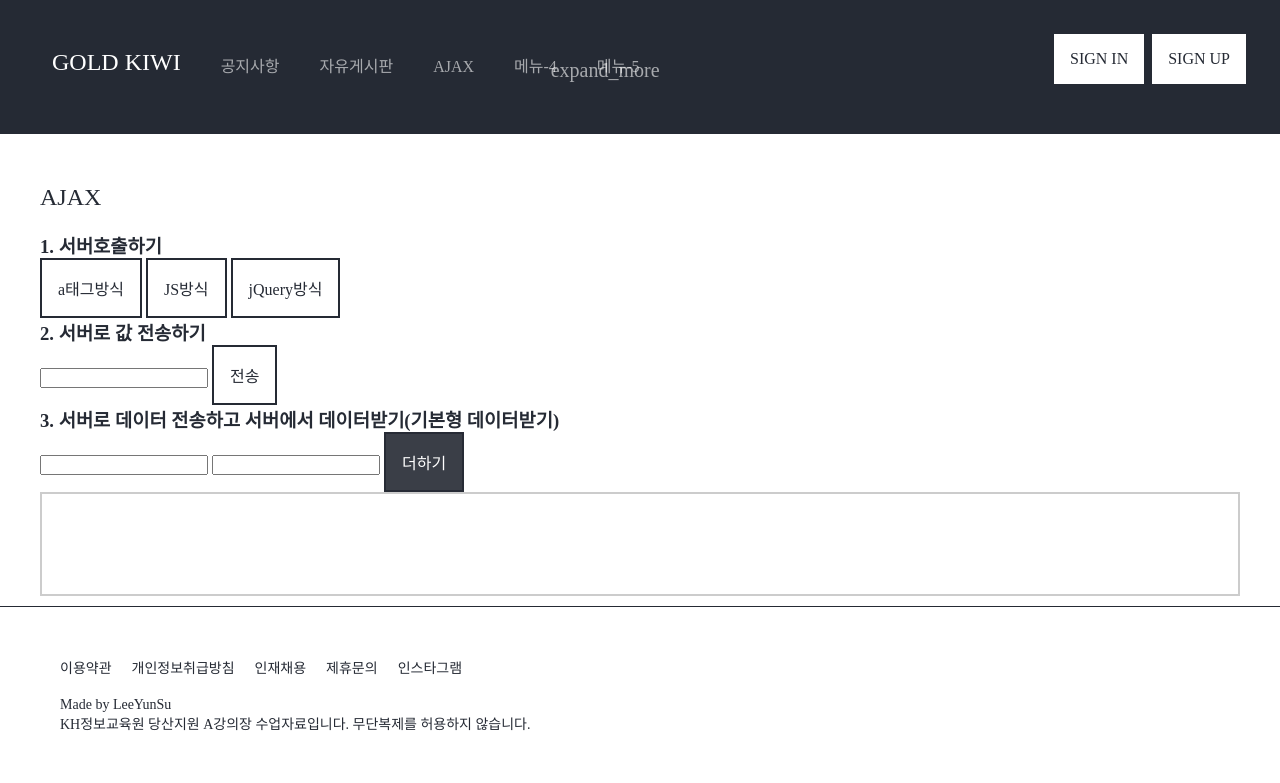
Repository: RiboKim/web-workspace
Page: http://localhost/07_mvc2WebProject/ajax.do
The author's editor kept a copy of each file at every save. The page is drawn from the files as they stood at one save, then again after the next save.
The browser window is 1280 px wide. The pictures show the whole page.
Some web fonts or font styles are not loaded; a fallback is used. The page is served by Tomcat 9. Other server files are loaded and not shown.

Above is the page before, as saved 2023-02-21 02:14:38.

### 07_mvc2WebProject/src/main/webapp/WEB-INF/views/etc/ajax.jsp
<%@ page language="java" contentType="text/html; charset=UTF-8"
    pageEncoding="UTF-8"%>
<!DOCTYPE html>
<html>
<head>
<meta charset="UTF-8">
<title>Insert title here</title>
<style>
	.ajaxResult{
		min-height: 100px;
		border : 2px solid #ccc;
	}
</style>
</head>
<body>
	<%@include file="/WEB-INF/views/common/header.jsp" %>
	<div class="page-content">
		<div class="page-title">AJAX</div>
		<h3>1. 서버호출하기</h3>
		<a class="btn bc11" href="/ajaxTest1.do">a태그방식</a>
		<button class="btn bc11" id="js">JS방식</button>
		<button class="btn bc11" id="jQ1">jQuery방식</button>

		<h3>2. 서버로 값 전송하기</h3>
		<input type="text">
		<button class="btn bc11" id="jQ2">전송</button>

		<h3>3. 서버로 데이터 전송하고 서버에서 데이터받기(기본형 데이터받기)</h3>
		<input type="text" id="su1">
		<input type="text" id="su2">
		<button class="btn bc1" id="jQ3">더하기</button>
		<p class="ajaxResult" id="result3"></p>
	</div>
	<script>
		$("#js").on("click",function(){
			//javascript로 ajax를 이용한 서버호출방식
			//1.XMLHttpRequest객체 생성
			const xhttp = new XMLHttpRequest();
			//2.요청 정보 설정
			//method, url, 비동기여부
			xhttp.open("GET","/ajaxTest1.do",true);
			//3.서버 요청 처리에 따른 동작함수 지정
			xhttp.onreadystatechange = function(){
				if(this.readyState == 4 && this.status == 200){
					//요청이 모두 끝나고 && 정상적인 응답이 돌아온 경우
					console.log("서버 요청 성공!!");
				}else if(this.readyState == 4 && this.status == 404){
					//요청이 모두 끝나고 && 해당 페이지를 찾을 수 없는 경우
					console.log("주소를 찾을 수 없습니다.");
				}
			}
			//4.서버에 요청
			xhttp.send();
		});

		$("#jQ1").on("click",function(){
			$.ajax({
				url : "/ajaxTest1.do",
				type : "GET",
				success : function(){
					console.log("서버 호출 완료!!!!");
				},
				error : function(){
					console.log("에러발생");
				},
				complete : function(){
					console.log("무조건 호출");
				}
			});
		});

		$("#jQ2").on("click",function(){
			const input = $(this).prev();
			const inputValue = input.val();
			$.ajax({
				url : "/ajaxTest2.do",
				type : "get",
				data : {input1 : inputValue}, //input1이 key값이라고 생각하면 됨, 여러개 보내는것도 가능
				success : function(){
					console.log("서버로 데이터 전송 완료");
				},
				error : function(){
					console.log("에러발생");
				}
			});
		});
		$("#jQ3").on("click",function(){
			//input에 입력된 값 2개 가져다가
			// /ajaxTest3.do에 전송후 출력
			const su1 = $("#su1").val();
			const su2 = $(this).prev().val();
			$.ajax({
				url : "ajaxTest3.do",
				type : "post",
				data : {num1 : su1, num2 : su2},
				success : function(data){
					console.log(data);
					$("#result3").text(su1+"+"+su2+"="+data);
					console.log("서버요청성공");

				},
				error : function(){
					console.log("서버요청 실패")
				}
			})
		})
	</script>
	<%@include file="/WEB-INF/views/common/footer.jsp" %>
</body>
</html>

### 07_mvc2WebProject/src/main/webapp/WEB-INF/views/common/header.jsp
<%@page import="kr.or.iei.member.model.vo.Member"%>
<%@ page language="java" contentType="text/html; charset=UTF-8"
    pageEncoding="UTF-8"%>
    <%
    	Member m = (Member)session.getAttribute("m");
    %>

	<!-- 구글 아이콘 -->
    <link href="https://fonts.googleapis.com/icon?family=Material+Icons" rel="stylesheet">
    <!-- jquery -->
    <script src="/js/jquery-3.6.0.js"></script>
    <!-- 기본 CSS -->
    <link rel="stylesheet" href="/css/default.css" />
    <!-- 기본 js -->
    <script src="/js/default.js"></script>

    <header>
      <div class="site-logo">
        <a href="/">GOLD KIWI</a>
      </div>
      <nav>
        <ul class="navi">
          <li><a href="/noticeList.do?requestPage=1">공지사항</a></li>
          <li><a href="/boardList.do">자유게시판</a></li>
          <li><a href="/ajax.do">AJAX</a></li>
          <li><a href="#">메뉴-4</a></li>
          <li>
			<a href="#">메뉴-5</a>
            <ul class="sub-navi">
              <li><a href="#">sub-1</a></li>
              <li><a href="#">sub-2</a></li>
              <li><a href="#">sub-3</a></li>
            </ul>
           </li>
        </ul>
      </nav>
      <div class="header-link">
      <%if(m == null){ %>
        <button class="btn bc11 modal-open-btn" target="#login-modal">SIGN IN</button>
        <a class="btn bc11" href="/signupFrm.do">SIGN UP</a>
      <%}else{ %>
      <%--<a class="btn bc11" href="/mypage1.do"><%=m.getMemberName() %></a> --%>
      <%--memberId를 mypage2.do로 넘겨주는거 --%>
      <a class="btn bc11" href="/mypage2.do?memberId=<%=m.getMemberId() %>"><%=m.getMemberName() %></a>

      <a class="btn bc11" href="/logout.do">LOGOUT</a>
      <%} %>
      </div>
    </header>
    <%if(m == null) {%>
    <div id="login-modal" class="modal-bg">
      <div class="modal-wrap">
        <div class="modal-head">
          <h2>SIGN IN</h2>
          <span class="material-icons close-icon modal-close">close</span>
        </div>
        <form action="/signin.do" method="post">
        <div class="modal-content">
          <div class="input-box">
          	<label for="signId">아이디</label>
          	<input type="text" name="signId" id="signId" class="input-form" placeholder="아이디입력">
          </div>
          <div class="input-box">
          	<label for="signPw">비밀번호</label>
          	<input type="password" name="signPw" id="signPw" class="input-form" placeholder="비밀번호입력">
          </div>
          <div class="input-box link-box">
          	<a href="#">아이디/비밀번호 찾기</a>
          </div>
        </div>
        <div class="modal-foot">
          <button type="submit" class="btn bc11">로그인</button>
          <button type="button" class="btn bc1 modal-close">취소</button>
        </div>
        </form>
      </div>
    </div>
    <%}%>

### 07_mvc2WebProject/src/main/webapp/WEB-INF/views/common/footer.jsp
<%@ page language="java" contentType="text/html; charset=UTF-8"
    pageEncoding="UTF-8"%>
	<footer>
      <div class="footer-content">
        <ul>
          <li><a href="#">이용약관</a></li>
          <li><a href="#">개인정보취급방침</a></li>
          <li><a href="#">인재채용</a></li>
          <li><a href="#">제휴문의</a></li>
          <li><a href="#">인스타그램</a></li>
        </ul>
        <p>Made by LeeYunSu</p>
        <p>
          KH정보교육원 당산지원 A강의장 수업자료입니다. 무단복제를 허용하지
          않습니다.
        </p>
      </div>
    </footer>

### 07_mvc2WebProject/src/main/java/kr/or/iei/ajax/controller/AjaxServlet.java
package kr.or.iei.ajax.controller;

import java.io.IOException;

import javax.servlet.RequestDispatcher;
import javax.servlet.ServletException;
import javax.servlet.annotation.WebServlet;
import javax.servlet.http.HttpServlet;
import javax.servlet.http.HttpServletRequest;
import javax.servlet.http.HttpServletResponse;

/**
 * Servlet implementation class AjaxServlet
 */
@WebServlet(name = "Ajax", urlPatterns = { "/ajax.do" })
public class AjaxServlet extends HttpServlet {
	private static final long serialVersionUID = 1L;

    /**
     * @see HttpServlet#HttpServlet()
     */
    public AjaxServlet() {
        super();
        // TODO Auto-generated constructor stub
    }

	/**
	 * @see HttpServlet#doGet(HttpServletRequest request, HttpServletResponse response)
	 */
	protected void doGet(HttpServletRequest request, HttpServletResponse response) throws ServletException, IOException {
		//1.인코딩
		request.setCharacterEncoding("utf-8");
		//2.값추출
		//3.비즈니스로직
		//4.결과처리
		RequestDispatcher view = request.getRequestDispatcher("/WEB-INF/views/etc/ajax.jsp");
		view.forward(request, response);
	}

	/**
	 * @see HttpServlet#doPost(HttpServletRequest request, HttpServletResponse response)
	 */
	protected void doPost(HttpServletRequest request, HttpServletResponse response) throws ServletException, IOException {
		// TODO Auto-generated method stub
		doGet(request, response);
	}

}

### 07_mvc2WebProject/src/main/webapp/css/default.css
/* 사용할 font 선언 */
@font-face {
  font-family: ns-thin;
  src: url(../font/NotoSansKR-Thin.otf);
}
@font-face {
  font-family: ns-light;
  src: url(../font/NotoSansKR-Light.otf);
}
@font-face {
  font-family: ns-m;
  src: url(../font/NotoSansKR-Medium.otf);
}
@font-face {
  font-family: ns-bold;
  src: url(../font/NotoSansKR-Bold.otf);
}
@font-face {
  font-family: ns-black;
  src: url(../font/NotoSansKR-Black.otf);
}
/*
    사이트 사용 색상
    balck : #252A34
    darkgray : #393E46
    lightgray : #EEEEEE
    dark-mint : #00ADB5
    mint : #08D9D6
    point-red : #FF2E63
    point-pink : #F85F73
    point-violet : #892CDC
*/
/* 전체태그 기본 margin, padding 제거 */
/* 기본 글씨 색 및 폰트 설정 */

* {
  margin: 0;
  padding: 0;
  color: #252a34;
  font-family: ns-m;
}
body {
  display: flex;
  flex-direction: column;
  min-height: 100vh;
}
/* 기본화면 레이아웃 */
a {
  text-decoration: none;
}
header {
  background-color: #252a34;
  padding: 32px;
  display: flex;
  min-width: 1200px;
}
header > *:not(.header-link) {
  float: left;
}
header > .site-logo {
  padding: 0px 20px;
}
header > .site-logo > a {
  color: #fff;
  font-family: ns-bold;
  font-size: 24px;
  line-height: 60px;
}
header > nav {
  flex-grow: 1;
}

header > nav > .navi {
  list-style-type: none;
}
header > nav > .navi > li {
  float: left;
  position: relative;
}
header > nav > .navi > li > a {
  display: block;
  color: rgba(255, 255, 255, 0.6);
  padding: 5px 20px;
  transition-duration: 0.5s;
  line-height: 60px;
}
header > nav > .navi > li:hover > a,
header > nav > .navi > li:hover > a + span {
  color: rgba(255, 255, 255, 1);
}
header > nav > .navi > li:hover > .sub-navi {
  display : block;
}
header > nav .sub-navi {
  position: absolute;
  background-color: #fff;
  list-style-type: none;
  display: none;
  border: 1px solid rgba(0, 0, 0, 0.2);
  left: 10px;
  min-width: 10rem;
}
header > nav .sub-navi > li {
  padding: 0.25rem 1rem;
}
header > nav .sub-navi > li > a {
  display: block;
}
header > nav .sub-navi > li:hover {
  background-color: rgba(0, 0, 0, 0.05);
}
.material-icons.dropdown {
  font-size: 20px;
  color: rgba(255, 255, 255, 0.6);
  position: absolute;
  right: 0px;
  top: 27px;
  transition-duration: 0.5s;
}
.material-icons.dropdown:hover {
  cursor: pointer;
}
.page-content {
  width: 1200px;
  margin: 30px auto;
  margin-bottom: 10px;
  flex-grow: 1;
}
.page-title {
  font-family: ns-bold;
  padding: 20px 0px;
  font-size: 1.5rem;
}
footer {
  padding: 50px;
  border-top: 1px solid #252a34;
}
footer > .footer-content {
  width: 1200px;
  margin: 0 auto;
  padding: 0px 10px;
}
footer > .footer-content * {
  font-size: 14px;
}
footer > .footer-content > ul {
  list-style-type: none;
  overflow: hidden;
  margin-bottom: 20px;
}
footer > .footer-content > ul > li {
  float: left;
}
footer > .footer-content > ul > li > a {
  padding-right: 20px;
}

/* font 클래스*/
.f-thin {
  font-family: ns-thin;
}
.f-light {
  font-family: ns-light;
}
.f-medium {
  font-family: ns-m;
}
.f-bold {
  font-family: ns-bold;
}
.f-black {
  font-family: ns-black;
}

/* 글씨 색 */
.fc-1 {
  color: #252a34;
}
.fc-2 {
  color: #393e46;
}
.fc-3 {
  color: #eeeeee;
}
.fc-4 {
  color: #00adb5;
}
.fc-5 {
  color: #08d9d6;
}
.fc-6 {
  color: #ff2e63;
}
.fc-7 {
  color: #f85f73;
}
.fc-8 {
  color: #892cdc;
}

/* 배경 색*/
.bg-1 {
  background-color: #252a34;
}
.bg-2 {
  background-color: #393e46;
}
.bg-3 {
  background-color: #eeeeee;
}
.bg-4 {
  background-color: #00adb5;
}
.bg-5 {
  background-color: #08d9d6;
}
.bg-6 {
  background-color: #ff2e63;
}
.bg-7 {
  background-color: #f85f73;
}
.bg-8 {
  background-color: #892cdc;
}

/* 테이블 디자인 */
.tbl {
  width: 100%;
  border-spacing: 0px;
  border-collapse: collapse;
}
.tbl th,
.tbl td {
  padding: 1rem;
  text-align: center;
}
.tbl .tr-1 {
  background-color: rgba(255, 255, 255, 1);
}
.tbl .tr-2 {
  background-color: rgba(57, 62, 70, 0.1);
}
.tbl .tr-3 {
  background-color: rgba(0, 173, 181, 0.1);
}
.tbl .tr-4 {
  background-color: rgba(137, 44, 220, 0.1);
}
.tbl .tr-5 {
  background-color: rgba(255, 46, 999, 0.1);
}
.tbl .td-1 {
  background-color: rgba(255, 255, 255, 1);
}
.tbl .td-2 {
  background-color: rgba(57, 62, 70, 0.1);
}
.tbl .td-3 {
  background-color: rgba(0, 173, 181, 0.1);
}
.tbl .td-4 {
  background-color: rgba(137, 44, 220, 0.1);
}
.tbl .td-5 {
  background-color: rgba(255, 46, 999, 0.1);
}
.tbl.tbl-hover .tr-1:hover {
  background-color: rgba(0, 0, 0, 0.05);
}
.tbl.tbl-hover .tr-2:hover {
  background-color: rgba(57, 62, 70, 0.15);
}
.tbl.tbl-hover .tr-3:hover {
  background-color: rgba(0, 173, 181, 0.15);
}
.tbl.tbl-hover .tr-4:hover {
  background-color: rgba(137, 44, 220, 0.15);
}
.tbl.tbl-hover .tr-5:hover {
  background-color: rgba(255, 46, 999, 0.15);
}

/* 버튼 디자인 */
.btn {
  border: none;
  padding: 1rem;
  display: inline-block;
  box-sizing: border-box;
  transition-duration: 0.5s;
  font-size: 16px;
  font-family: ns-light;
}
.bc1 {
  background-color: rgba(37, 42, 52, 0.9);
  color: #fff;
  border: 2px solid rgba(37, 42, 52, 0.9);
}
.bc1:hover {
  background-color: rgba(37, 42, 52, 1);
  cursor: pointer;
}
.bc2 {
  background-color: rgba(57, 62, 70, 0.9);
  color: #fff;
  border: 2px solid rgba(57, 62, 70, 0.9);
}
.bc2:hover {
  background-color: rgba(57, 62, 70, 1);
  cursor: pointer;
}
.bc3 {
  background-color: rgba(238, 238, 238, 0.9);
  color: #252a34;
  border: 2px solid rgba(238, 238, 238, 0.9);
}
.bc3:hover {
  background-color: rgba(238, 238, 238, 1);
  cursor: pointer;
}
.bc4 {
  background-color: rgba(0, 173, 181, 0.9);
  color: #fff;
  border: 2px solid rgba(0, 173, 181, 0.9);
}
.bc4:hover {
  background-color: rgba(0, 173, 181, 1);
  cursor: pointer;
}
.bc5 {
  background-color: rgba(8, 217, 214, 0.9);
  color: #fff;
  border: 2px solid rgba(8, 217, 214, 0.9);
}
.bc5:hover {
  background-color: rgba(8, 217, 214, 1);
  cursor: pointer;
}
.bc6 {
  background-color: rgba(255, 46, 99, 0.9);
  color: #fff;
  border: 2px solid rgba(255, 46, 99, 0.9);
}
.bc6:hover {
  background-color: rgba(255, 46, 99, 1);
  cursor: pointer;
}
.bc7 {
  background-color: rgba(248, 95, 115, 0.9);
  color: #fff;
  border: 2px solid rgba(248, 95, 115, 0.9);
}
.bc7:hover {
  background-color: rgba(248, 95, 115, 1);
  cursor: pointer;
}
.bc8 {
  background-color: rgba(137, 44, 220, 0.9);
  color: #fff;
  border: 2px solid rgba(137, 44, 220, 0.9);
}
.bc8:hover {
  background-color: rgba(137, 44, 220, 1);
  cursor: pointer;
}
.bc11 {
  color: rgba(37, 42, 52, 1);
  background-color: #fff;
  border: 2px solid rgba(37, 42, 52, 1);
}
.bc11:hover {
  background-color: rgba(37, 42, 52, 1);
  cursor: pointer;
  color: #fff;
}
.bc22 {
  color: rgba(57, 62, 70, 1);
  background-color: #fff;
  border: 2px solid rgba(57, 62, 70, 1);
}
.bc22:hover {
  background-color: rgba(57, 62, 70, 1);
  cursor: pointer;
  color: #fff;
}
.bc33 {
  color: rgba(37, 42, 52, 1);
  background-color: #fff;
  border: 2px solid rgba(238, 238, 238, 1);
}
.bc33:hover {
  background-color: rgba(238, 238, 238, 1);
  cursor: pointer;
  color: rgba(37, 42, 52, 1);
}
.bc44 {
  color: rgba(0, 173, 181, 1);
  background-color: #fff;
  border: 2px solid rgba(0, 173, 181, 1);
}
.bc44:hover {
  background-color: rgba(0, 173, 181, 1);
  color: #fff;
  cursor: pointer;
}
.bc55 {
  color: rgba(8, 217, 214, 1);
  background-color: #fff;
  border: 2px solid rgba(8, 217, 214, 1);
}
.bc55:hover {
  background-color: rgba(8, 217, 214, 1);
  color: #fff;
  cursor: pointer;
}
.bc66 {
  color: rgba(255, 46, 99, 1);
  background-color: #fff;
  border: 2px solid rgba(255, 46, 99, 1);
}
.bc66:hover {
  background-color: rgba(255, 46, 99, 1);
  color: #fff;
  cursor: pointer;
}
.bc77 {
  color: rgba(248, 95, 115, 1);
  background-color: #fff;
  border: 2px solid rgba(248, 95, 115, 1);
}
.bc77:hover {
  background-color: rgba(248, 95, 115, 1);
  color: #fff;
  cursor: pointer;
}
.bc88 {
  color: rgba(137, 44, 220, 1);
  background-color: #fff;
  border: 2px solid rgba(137, 44, 220, 1);
}
.bc88:hover {
  background-color: rgba(137, 44, 220, 1);
  color: #fff;
  cursor: pointer;
}
.bs1 {
  padding: 1rem;
}
.bs2 {
  padding: 1.5rem;
  font-size: 1.1em;
}
.bs3 {
  padding: 2rem;
  font-size: 1.2em;
}
.bs4 {
  width: 100%;
  padding: 2rem;
  font-size: 1.2em;
}
/* input 디자인 */
.input-form {
  width: 100%;
  display: block;
  padding: 0.8rem;
  background-color: #fff;
  outline: none;
  border: 1px solid #ccc;

  box-sizing: border-box;
}
.input-form:focus {
  box-shadow: 0 0 0 0.1rem #eee;
}

textarea.input-form {
  resize: none;
  min-height: 300px;
}
.input-form:read-only:not(select),
.input-form:disabled {
  background-color: #f7f7f9;
}
/* 페이징 디자인 */
.pagination {
  list-style-type: none;
  display: flex;
  justify-content: center;
  align-items: center;
}
.pagination > li {
  width: 40px;
  height: 40px;
  text-align: center;
  line-height: 40px;
  overflow: hidden;
}
.pagination.circle-style > li {
  border-radius: 50%;
}
.pagination > li > a.page-item {
  display: block;
  width: 100%;
  height: 100%;
  font-size: 18px;
}
.pagination > li > a.page-item > span.material-icons {
  display: block;
  width: 100%;
  height: 100%;
  line-height: 40px;
}
.pagination .page-item.active-page {
  background-color: #252a34;
  color: #fff;
}
/*게시물 표현*/
.posting-wrap {
  display: flex;
  flex-wrap: wrap;
}
.posting-wrap .posting-item {
  box-sizing: border-box;
  width: calc(100% / 5);
  padding: 20px;
}
.posting-wrap .posting-item .posting-img img {
  width: 100%;
  height: 200px;
}
.posting-wrap .posting-item .posting-content {
  width: 80%;
  margin: 0 auto;
}
.posting-wrap .posting-item:hover {
  box-shadow: 0 2px 10px 0 rgba(0, 0, 0, 0.2);
}
/* 댓글 */
.posting-comment {
  display: flex;
  border-top: 2px solid #ccc;

  list-style-type: none;
}
.posting-comment > li {
  box-sizing: border-box;
}
.posting-comment > li:first-child {
  width: 15%;
  display: flex;
  justify-content: center;
  align-items: center;
  min-height: 100px;
  border-right: 1px solid #ccc;
}
.posting-comment.reply > li:first-child {
  width: 20%;
}
.posting-comment > li:first-child .material-icons {
  font-size: 80px;
  color: #ccc;
}
.posting-comment.reply > li:first-child .material-icons:first-child {
  font-size: 40px;
  color: #ccc;
}
.posting-comment.reply > li:last-child {
  display: flex;
  flex-direction: column;
  width: 80%;
}
.posting-comment > li:last-child {
  display: flex;
  flex-direction: column;
  width: 85%;
}
.posting-comment > li:last-child > p {
  width: 100%;
  padding: 5px;
  box-sizing: border-box;
}
.posting-comment > li:last-child > .comment-info > span {
  padding: 0px 10px;
}
.posting-comment > li:last-child > .comment-info > span:not(:last-child) {
  border-right: 2px solid #ccc;
}
.posting-comment > li:last-child > .comment-content {
  padding: 0px 15px;
}
.posting-comment > li:last-child > .comment-link {
  text-align: right;
}
.posting-comment > li:last-child > .comment-link > a {
  margin: 0px 5px;
}
.posting-comment > li:last-child > .comment-link > a:hover {
  text-decoration: underline;
}

/*모달*/
.modal-bg {
  background-color: rgba(0, 0, 0, 0.3);
  position: fixed;
  width: 100%;
  height: 100vh;
  display: none;
  align-items: center;
  flex-direction: column;
}
.modal-wrap {
  margin-top: 150px;
  width: 600px;
  background: #fff;
  height: auto;
}
.modal-wrap div {
  padding: 1rem;
}
.modal-wrap div:not(:last-child) {
  border-bottom: 1px solid #ccc;
}
.modal-wrap .modal-foot {
  text-align: right;
}
.modal-wrap div.modal-head {
  position: relative;
}
.close-icon {
  position: absolute;
  top: 16px;
  right: 16px;
  font-size: 30px;
}
.close-icon:hover {
  cursor: pointer;
}

### 07_mvc2WebProject/src/main/webapp/js/default.js
$(function () {
  $(document).on("click", ".modal-open-btn", function () {
    $($(this).attr("target")).css("display", "flex");
  });
  $(document).on("click", ".modal-close", function () {
    $(this).parents(".modal-wrap").parent().css("display", "none");
  });
  $(".sub-navi").prev().after("<span class='material-icons dropdown'>expand_more</span>");
});
function alertFunc(icon){
	swal({
        title: '제목',
        text: '내용내용내용',
        icon: icon
      });
      //이후 페이지 이동 시 추가
      /*
      .then(function(){
    	 window.location = "${loc}";
      });
      */
}

Loaded but not shown: 07_mvc2WebProject/src/main/webapp/js/jquery-3.6.0.js (library)

After the next save:
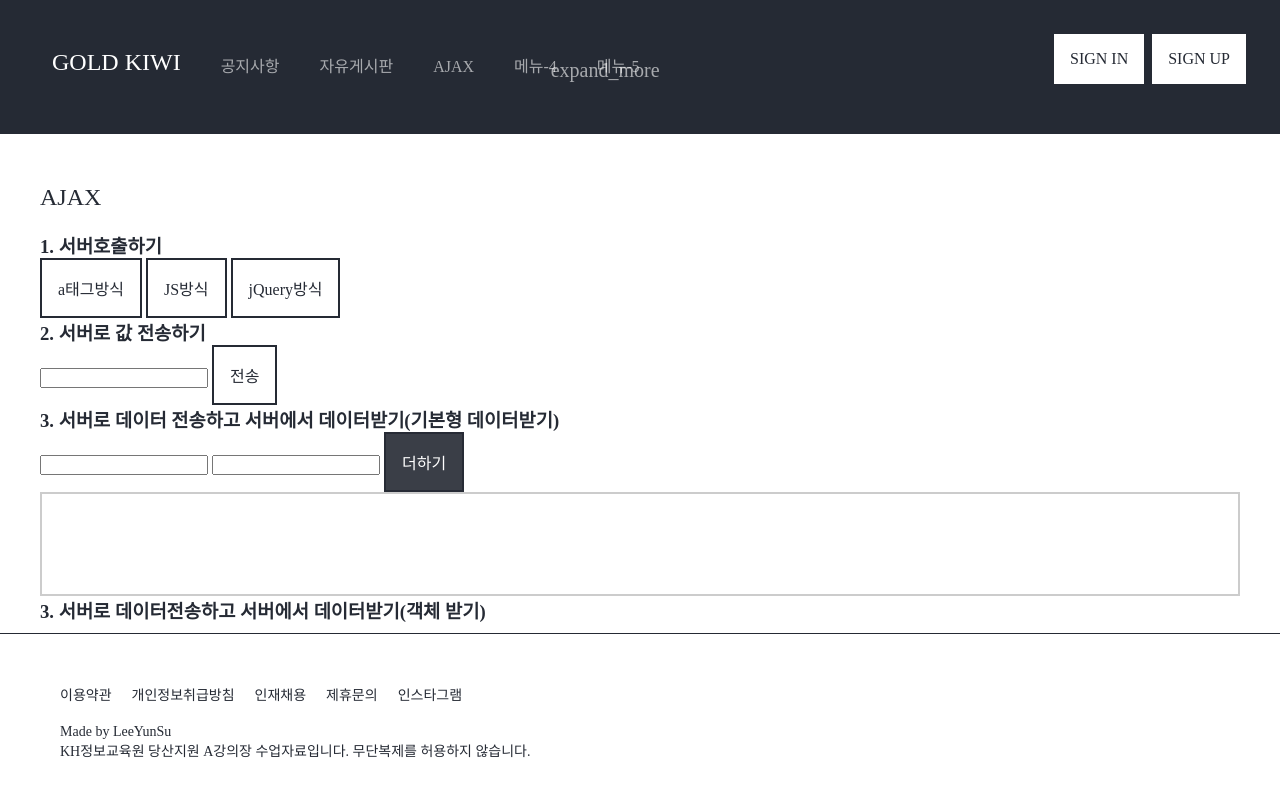
Saved 18 min 38 s later.
--- a/07_mvc2WebProject/src/main/webapp/WEB-INF/views/etc/ajax.jsp
+++ b/07_mvc2WebProject/src/main/webapp/WEB-INF/views/etc/ajax.jsp
@@ -30,6 +30,8 @@
 		<input type="text" id="su2">
 		<button class="btn bc1" id="jQ3">더하기</button>
 		<p class="ajaxResult" id="result3"></p>
+
+		<h3>3. 서버로 데이터전송하고 서버에서 데이터받기(객체 받기)</h3>
 	</div>
 	<script>
 		$("#js").on("click",function(){
